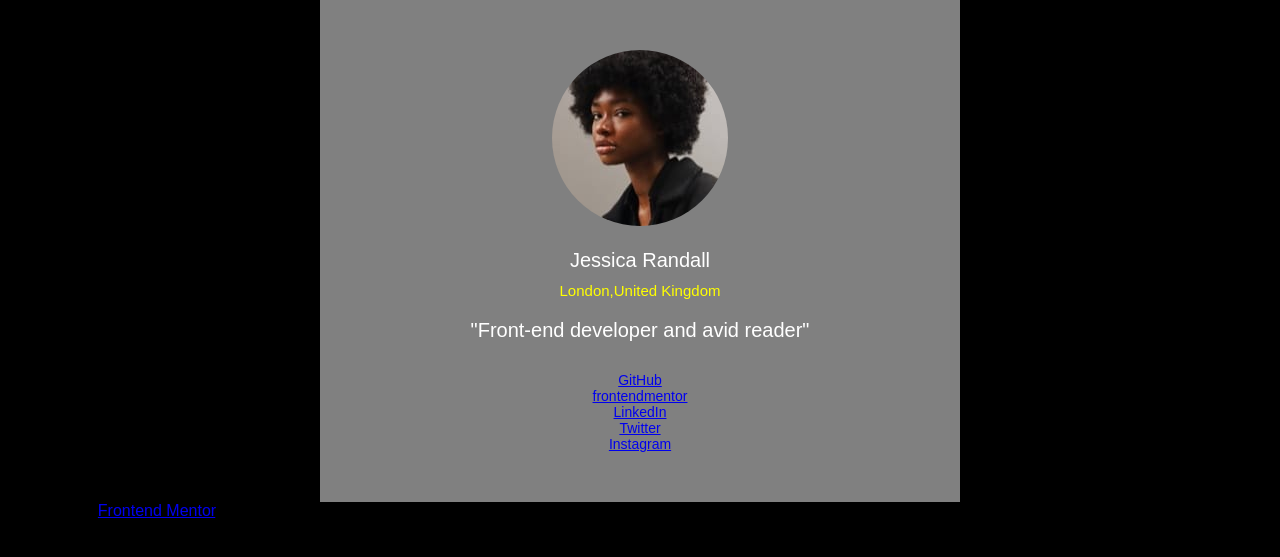
Repository: JosephAbatan05/Social-links-profile
Page: social-links-profile-main/index.html
The author's editor kept a copy of each file at every save. The page is drawn from the files as they stood at one save, then again after a run of saves.
The browser window is 1280 px wide. The pictures show the whole page.

Above is the page before, as saved 2025-01-25 13:11:25.

After the next 6 saves:
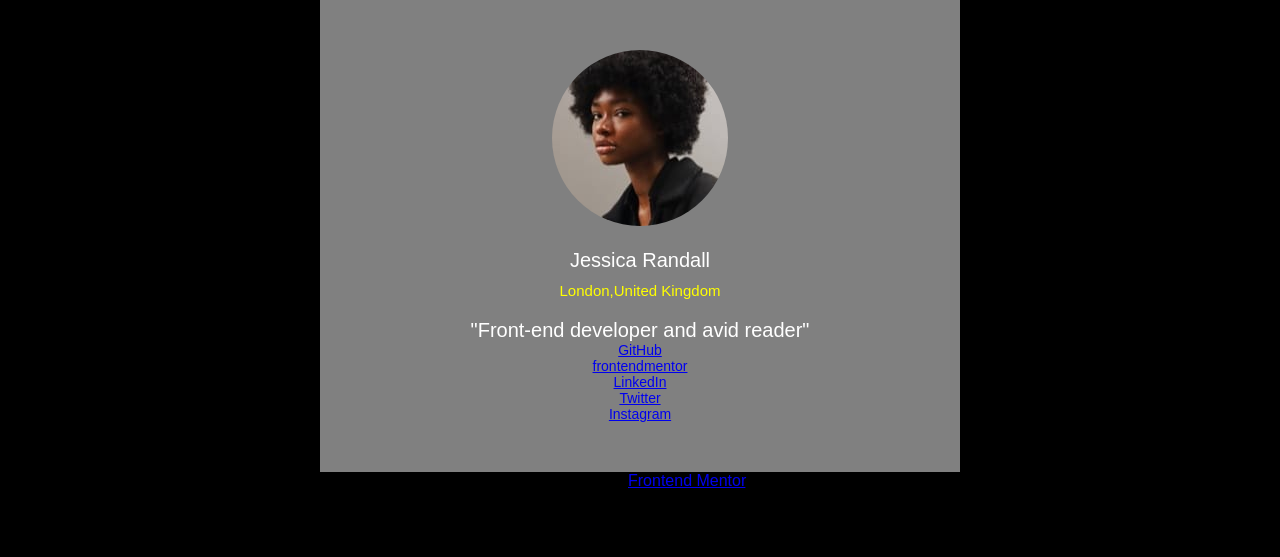
The 6 saves are shown as one change because they came seconds apart.
The last was saved 15 s later.
--- a/social-links-profile-main/styles.css
+++ b/social-links-profile-main/styles.css
@@ -33,16 +33,12 @@ img{
     margin-top:20px;
     color:white;
     font-size: 20px;
-    margin-bottom: 30px;
 }
 
 .fa-links-container{
     margin-top:20px;
     padding:10px;
     text-align: center;
-    width: 300px;
-    padding: 20px;
-
 
 }
 
@@ -51,15 +47,14 @@ img{
     border-radius:5px;
     color:white;
     margin:0  auto;
-   margin-top: 20px;
+    max-width: 45%;
+   margin-top: 5px;
    font-weight:bold;
    background-color: hsl(0%, 0%, 20%);
 }
-a{
-    zz
+
 
 .attribution{
     text-align:center;
     text-decoration: none;
-
 }
